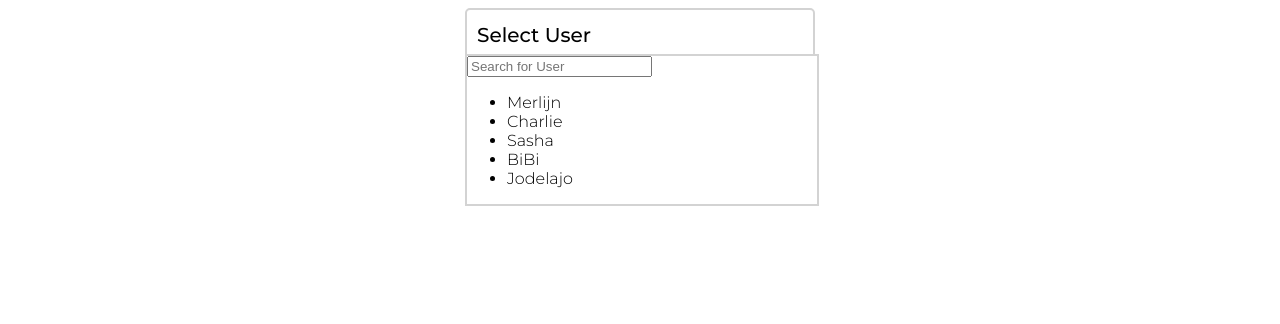
Repository: jodelajo/nuxt-filter-tutorial
Page: /
An editor plug-in stored every save of this project. The page is shown before and after the next save, followed by the edit.
The browser window is 1280 px wide. The pictures show the whole page.
The project was rebuilt for these pictures with package versions that can differ from the ones it lists, and the page was loaded fresh each time. The framework's server and built-in components were replaced by stand-ins that run in the browser. Also part of the build but not shown: nuxt.config.js, components/NuxtLogo.vue, components/Tutorial.vue.

Above is the page before, as saved 2021-12-11 12:35:48.

After the next save:
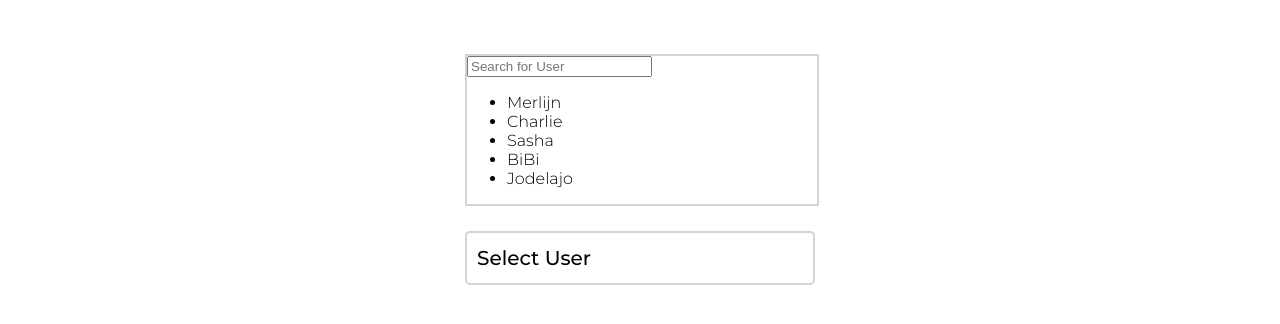
Saved 34 s later.
--- a/pages/index.vue
+++ b/pages/index.vue
@@ -48,7 +48,7 @@
 }
 .dropdown-wrapper {
   width: 350px;
-  height: auto;
+  height: 500px;
   /* max-width: 350px; */
   position: relative;
   display: flex;

After the save that followed:
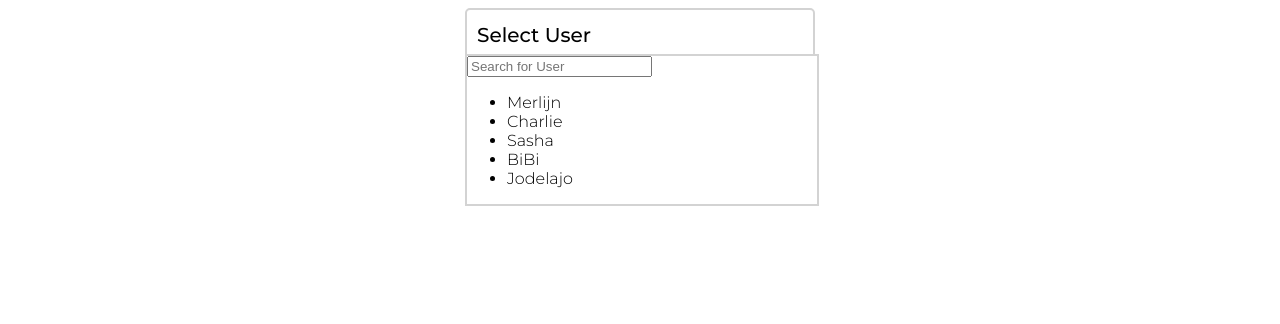
Saved 14 s later.
--- a/pages/index.vue
+++ b/pages/index.vue
@@ -48,7 +48,7 @@
 }
 .dropdown-wrapper {
   width: 350px;
-  height: 500px;
+  height: auto;
   /* max-width: 350px; */
   position: relative;
   display: flex;
